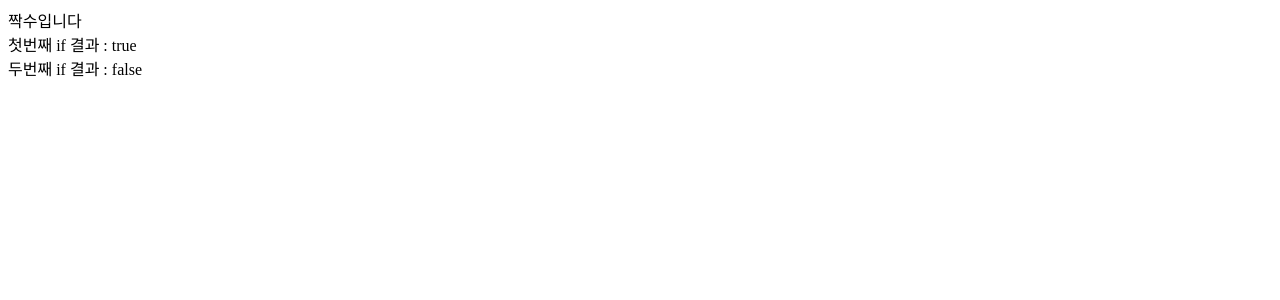
Repository: emthrology/servertest
Page: http://localhost/jspTag/JSTL/jsp_JSTL_if.jsp
An editor plug-in stored every save of this project. The page is shown before and after the next save, followed by the edit.
The browser window is 1280 px wide. The pictures show the whole page.
The page is served by Tomcat 9.

Above is the page before, as saved 2019-05-16 05:02:18.

### apache/jspTag/WebContent/JSTL/jsp_JSTL_if.jsp
<%@ page language="java" contentType="text/html; charset=UTF-8"
    pageEncoding="UTF-8"%>
<!DOCTYPE html>
<html>
<head>
<meta charset="UTF-8">
<title>Insert title here</title>
</head>
<body>
	<%@ taglib uri="http://java.sun.com/jsp/jstl/core" prefix="c" %>

		<c:if test="${param.num1%2 == 0 }" var="result1">
			짝수입니다<br>
		</c:if>
		<c:if test="${param.num1%2 == 1 }" var="result2">
			홀수입니다<br>
		</c:if>
		첫번째 if 결과 : ${result1 }<br>
		두번째 if 결과 : ${result2 }

</body>
</html>

After the next save:
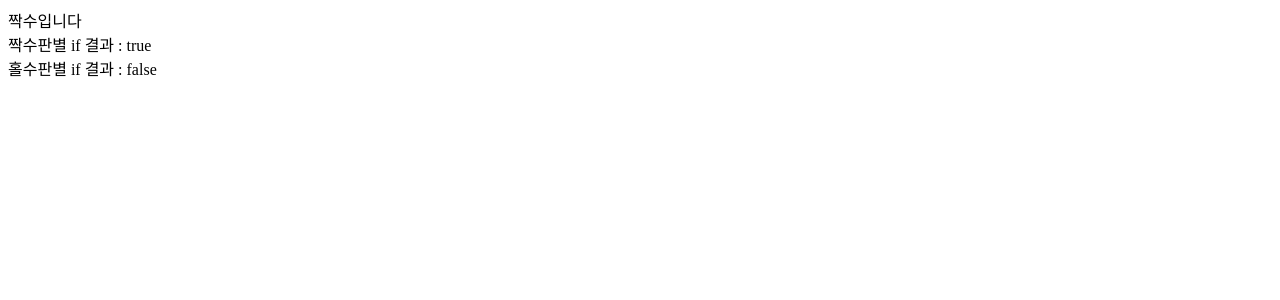
Saved 44 s later.
--- a/apache/jspTag/WebContent/JSTL/jsp_JSTL_if.jsp
+++ b/apache/jspTag/WebContent/JSTL/jsp_JSTL_if.jsp
@@ -15,8 +15,8 @@
 		<c:if test="${param.num1%2 == 1 }" var="result2">
 			홀수입니다<br>
 		</c:if>
-		첫번째 if 결과 : ${result1 }<br>
-		두번째 if 결과 : ${result2 }
+		짝수판별 if 결과 : ${result1 }<br>
+		홀수판별 if 결과 : ${result2 }
 
 </body>
 </html>
